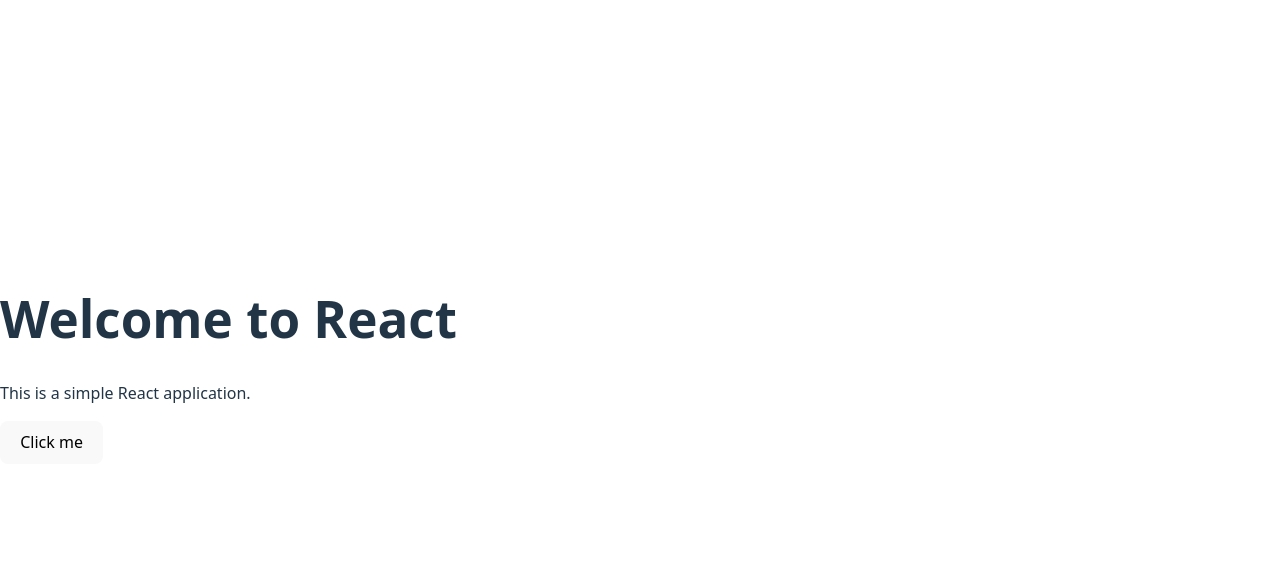
Repository: neelpatel6262/electrifylabs_homepage
Page: /
The author's editor kept a copy of each file at every save. The page is drawn from the files as they stood at one save, then again after the next save.
The browser window is 1280 px wide. The pictures show the whole page.
The project was rebuilt for these pictures with package versions that can differ from the ones it lists, and the page was loaded fresh each time. Also part of the build but not shown: vite.config.js.

Above is the page before, as saved 2026-02-19 16:52:07.

### index.html
<!doctype html>
<html lang="en">
  <head>
    <meta charset="UTF-8" />
    <link rel="icon" type="image/svg+xml" href="/vite.svg" />
    <meta name="viewport" content="width=device-width, initial-scale=1.0" />
    <title>react-practice</title>
  </head>
  <body>
    <div id="root"></div>
    <script type="module" src="/src/main.jsx"></script>
  </body>
</html>

### src/main.jsx
import { StrictMode } from 'react'
import { createRoot } from 'react-dom/client'
import './index.css'
import App from './App'


createRoot(document.getElementById('root')).render(
  <StrictMode>


  <App />


  </StrictMode>,``
)

### src/App.jsx
import React from 'react'

function App() {
  return (
    <div>
      <header className="App-header">
        <h1>Welcome to React</h1>
        <p>This is a simple React application.</p>
        <button className='btn'>Click me</button>
      </header>
    </div>
  )
}

export default App

### src/card.jsx
import React from 'react'

function card() {
  return (
    <div>
      <div className="card-container">
        <h2>Card Title</h2>
        <p>This is a card component.</p>
        <button className='card-btn'>Learn More</button>
      </div>



    </div>
  )
}

export default card

Loaded but not shown: src/index.css (common file)

After the next save:
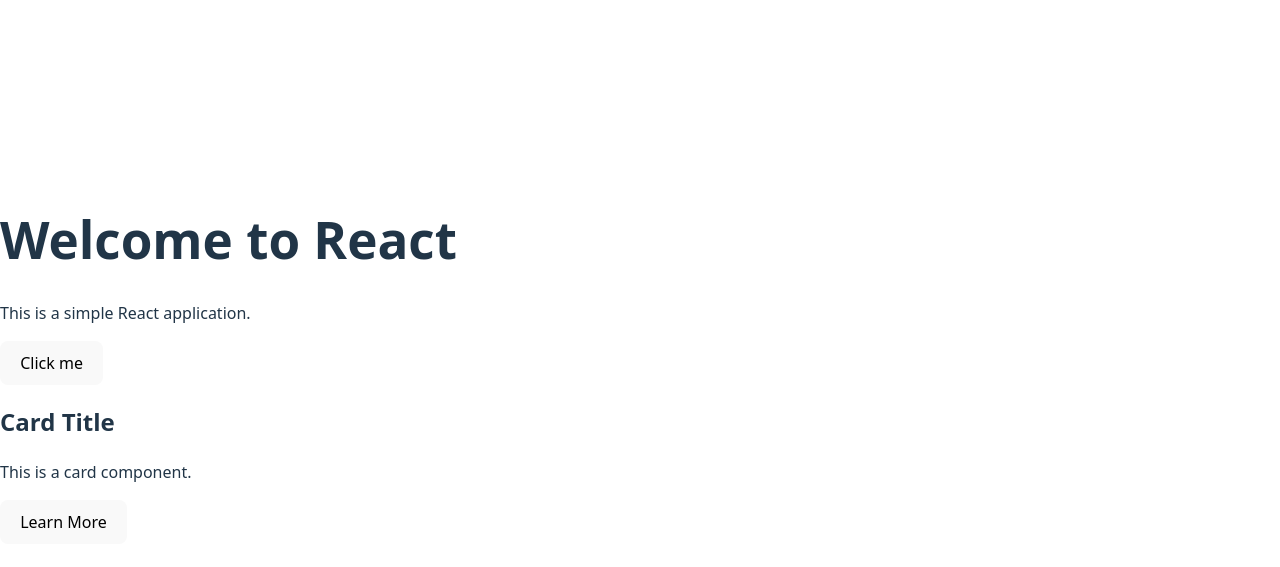
Saved 55 s later.
--- a/src/App.jsx
+++ b/src/App.jsx
@@ -1,4 +1,7 @@
 import React from 'react'
+import Card from './card'
+
+
 
 function App() {
   return (
@@ -8,7 +11,9 @@
         <p>This is a simple React application.</p>
         <button className='btn'>Click me</button>
       </header>
+      <Card />
     </div>
+
   )
 }
 
